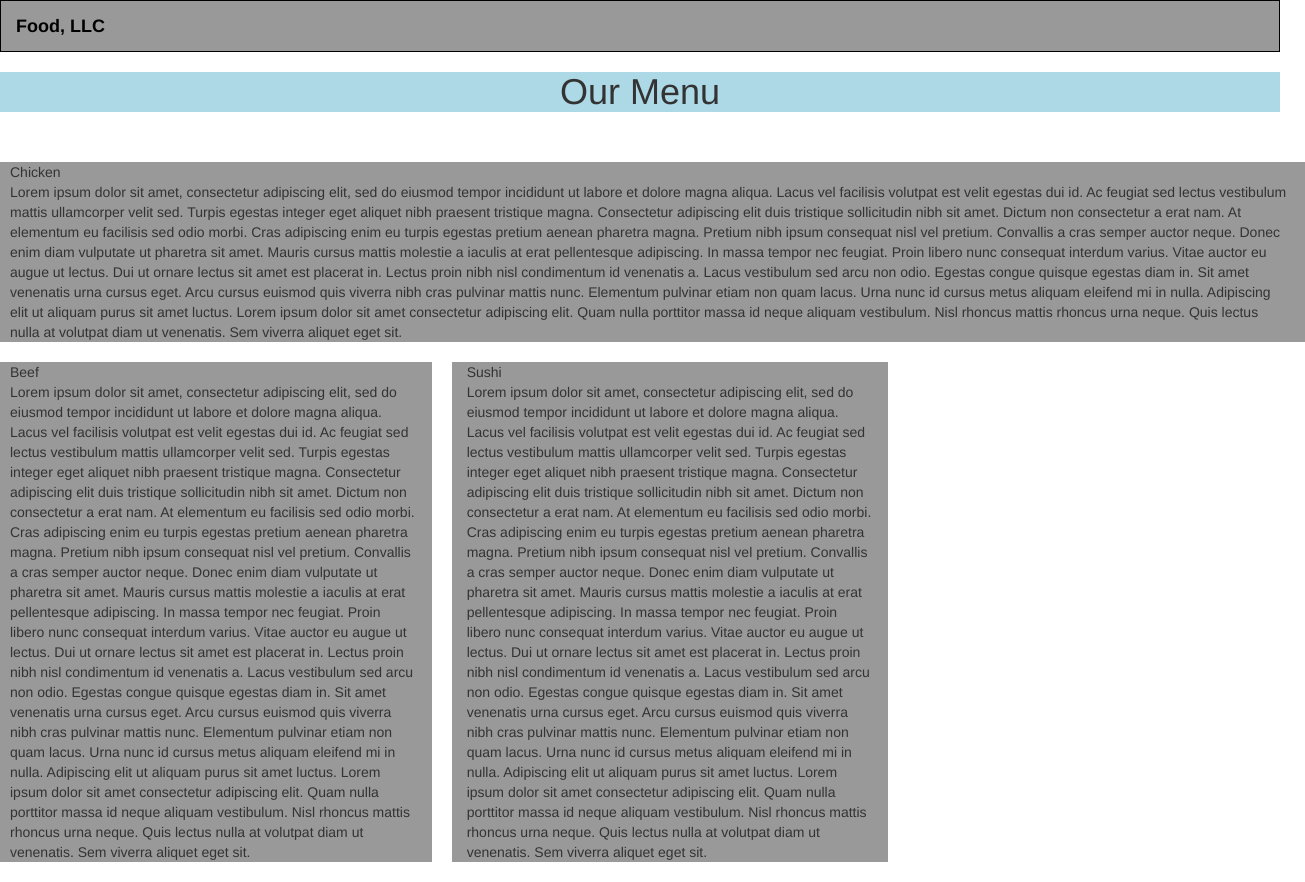
Repository: Cynthia-woo/coursera_frontend_JHU
Page: module3-solution/index.html
These files come from the project's save history. The page is drawn as it stood at one moment and after the next save; the edit follows.
The browser window is 1280 px wide. The page is 1305 px wide, so the pictures cover 1305 px, including what lies to the right of the window. The pictures show the whole page.

Above is the page before, as saved 2024-04-20 02:49:33.

### module3-solution/index.html
<!doctype html>
<html lang="en">
  <head>
    <meta charset="utf-8">
    <meta http-equiv="X-UA-Compatible" content="IE=edge">
    <meta name="viewport" content="width=device-width, initial-scale=1">

    <!-- HTML5 shim and Respond.js for IE8 support of HTML5 elements and media queries -->
    <!-- WARNING: Respond.js doesn't work if you view the page via file:// -->
    <!--[if lt IE 9]>
      <script src="https://oss.maxcdn.com/html5shiv/3.7.2/html5shiv.min.js"></script>
      <script src="https://oss.maxcdn.com/respond/1.4.2/respond.min.js"></script>
    <![endif]-->

    <title>Assignment3-solution</title>
    <link rel="stylesheet" href="css/bootstrap.min.css">
    <link rel="stylesheet" href="css/styles.css">
  </head>
<body>
    <header>
        <nav id="header-nav" class="navbar navbar-default">
          <div class="container-fluid">
            <div class="navbar-header">
              <div class="navbar-brand">
                <a href="index.html"><span>Food, LLC</span></a>
              </div>

              <button type="button" class="navbar-toggle collapsed" data-toggle="collapse" data-target="#collapsable-nav" aria-expanded="false">
                <span class="sr-only">Toggle navigation</span>
                <span class="icon-bar"></span>
                <span class="icon-bar"></span>
                <span class="icon-bar"></span>
              </button>
            </div>


            <div id="collapsable-nav" class="collapse navbar-collapse hidden-lg hidden-md">
               <ul id="nav-list" class="nav navbar-nav navbar-right">
                <li>
                  <a href="menu-categories.html">
                    <br class="hidden-xs">Chicken</a>
                </li>
                <li>
                  <a href="#">
                    </span><br class="hidden-xs">Beef</a>
                </li>
                <li>
                  <a href="#">
                    <br class="hidden-xs">Sushi</a>
                </li>
              </ul><!-- #nav-list -->
            </div><!-- .collapse .navbar-collapse -->
          </div><!-- .container -->
        </nav><!-- #header-nav -->
      </header>

      <h1 id="main_title">Our Menu</h1>

      <section>
        <div id="home-tiles" class="row">
            <div class="col-md-12 col-sm-12 col-xs-12">
                <div class="dish_title">Chicken</div>
                <div class="dish_detail">Lorem ipsum dolor sit amet, consectetur adipiscing elit, sed do eiusmod tempor incididunt ut labore et dolore magna aliqua. Lacus vel facilisis volutpat est velit egestas dui id. Ac feugiat sed lectus vestibulum mattis ullamcorper velit sed. Turpis egestas integer eget aliquet nibh praesent tristique magna. Consectetur adipiscing elit duis tristique sollicitudin nibh sit amet. Dictum non consectetur a erat nam. At elementum eu facilisis sed odio morbi. Cras adipiscing enim eu turpis egestas pretium aenean pharetra magna. Pretium nibh ipsum consequat nisl vel pretium. Convallis a cras semper auctor neque. Donec enim diam vulputate ut pharetra sit amet. Mauris cursus mattis molestie a iaculis at erat pellentesque adipiscing. In massa tempor nec feugiat. Proin libero nunc consequat interdum varius. Vitae auctor eu augue ut lectus.

                    Dui ut ornare lectus sit amet est placerat in. Lectus proin nibh nisl condimentum id venenatis a. Lacus vestibulum sed arcu non odio. Egestas congue quisque egestas diam in. Sit amet venenatis urna cursus eget. Arcu cursus euismod quis viverra nibh cras pulvinar mattis nunc. Elementum pulvinar etiam non quam lacus. Urna nunc id cursus metus aliquam eleifend mi in nulla. Adipiscing elit ut aliquam purus sit amet luctus. Lorem ipsum dolor sit amet consectetur adipiscing elit. Quam nulla porttitor massa id neque aliquam vestibulum. Nisl rhoncus mattis rhoncus urna neque. Quis lectus nulla at volutpat diam ut venenatis. Sem viverra aliquet eget sit.</div>
            </div>
            <div class="col-md-4 col-sm-6 col-xs-12">
                <div class="dish_title">Beef</div>
                <div class="dish_detail">Lorem ipsum dolor sit amet, consectetur adipiscing elit, sed do eiusmod tempor incididunt ut labore et dolore magna aliqua. Lacus vel facilisis volutpat est velit egestas dui id. Ac feugiat sed lectus vestibulum mattis ullamcorper velit sed. Turpis egestas integer eget aliquet nibh praesent tristique magna. Consectetur adipiscing elit duis tristique sollicitudin nibh sit amet. Dictum non consectetur a erat nam. At elementum eu facilisis sed odio morbi. Cras adipiscing enim eu turpis egestas pretium aenean pharetra magna. Pretium nibh ipsum consequat nisl vel pretium. Convallis a cras semper auctor neque. Donec enim diam vulputate ut pharetra sit amet. Mauris cursus mattis molestie a iaculis at erat pellentesque adipiscing. In massa tempor nec feugiat. Proin libero nunc consequat interdum varius. Vitae auctor eu augue ut lectus.

                    Dui ut ornare lectus sit amet est placerat in. Lectus proin nibh nisl condimentum id venenatis a. Lacus vestibulum sed arcu non odio. Egestas congue quisque egestas diam in. Sit amet venenatis urna cursus eget. Arcu cursus euismod quis viverra nibh cras pulvinar mattis nunc. Elementum pulvinar etiam non quam lacus. Urna nunc id cursus metus aliquam eleifend mi in nulla. Adipiscing elit ut aliquam purus sit amet luctus. Lorem ipsum dolor sit amet consectetur adipiscing elit. Quam nulla porttitor massa id neque aliquam vestibulum. Nisl rhoncus mattis rhoncus urna neque. Quis lectus nulla at volutpat diam ut venenatis. Sem viverra aliquet eget sit.</div>
            </div>
            <div class="col-md-4 col-sm-6 col-xs-12">
                <div class="dish_title">Sushi</div>
                <div class="dish_detail">Lorem ipsum dolor sit amet, consectetur adipiscing elit, sed do eiusmod tempor incididunt ut labore et dolore magna aliqua. Lacus vel facilisis volutpat est velit egestas dui id. Ac feugiat sed lectus vestibulum mattis ullamcorper velit sed. Turpis egestas integer eget aliquet nibh praesent tristique magna. Consectetur adipiscing elit duis tristique sollicitudin nibh sit amet. Dictum non consectetur a erat nam. At elementum eu facilisis sed odio morbi. Cras adipiscing enim eu turpis egestas pretium aenean pharetra magna. Pretium nibh ipsum consequat nisl vel pretium. Convallis a cras semper auctor neque. Donec enim diam vulputate ut pharetra sit amet. Mauris cursus mattis molestie a iaculis at erat pellentesque adipiscing. In massa tempor nec feugiat. Proin libero nunc consequat interdum varius. Vitae auctor eu augue ut lectus.

                    Dui ut ornare lectus sit amet est placerat in. Lectus proin nibh nisl condimentum id venenatis a. Lacus vestibulum sed arcu non odio. Egestas congue quisque egestas diam in. Sit amet venenatis urna cursus eget. Arcu cursus euismod quis viverra nibh cras pulvinar mattis nunc. Elementum pulvinar etiam non quam lacus. Urna nunc id cursus metus aliquam eleifend mi in nulla. Adipiscing elit ut aliquam purus sit amet luctus. Lorem ipsum dolor sit amet consectetur adipiscing elit. Quam nulla porttitor massa id neque aliquam vestibulum. Nisl rhoncus mattis rhoncus urna neque. Quis lectus nulla at volutpat diam ut venenatis. Sem viverra aliquet eget sit.</div>
            </div>
      </section>


  <!-- jQuery (Bootstrap JS plugins depend on it) -->
  <script src="js/jquery-1.11.3.min.js"></script>
  <script src="js/bootstrap.min.js"></script>
  <script src="js/script.js"></script>
</body>
</html>

### module3-solution/css/styles.css
* {
    margin: 0;
    padding: 0;
    box-sizing: border-box;
}
.navbar-default{
    background-color: #999;
    border: 1px solid black;
    border-radius: 0;
}

.navbar-brand a{
    color: black;
    font-weight: bold;
}

.navbar-brand a:hover {
    text-decoration: none;
}



#main_title {
    text-align: center;
    background-color: lightblue;
    margin-bottom: 50px;
}

.col-md-12, .col-sm-12, .col-xs-12 {
    margin: 0 10px 20px;
    background-color: #999;
}

Loaded but not shown: module3-solution/css/bootstrap.min.css (library); module3-solution/js/jquery-1.11.3.min.js (library); module3-solution/js/bootstrap.min.js (library); module3-solution/js/script.js (no stored copy; drawn as an empty file)

After the next save:
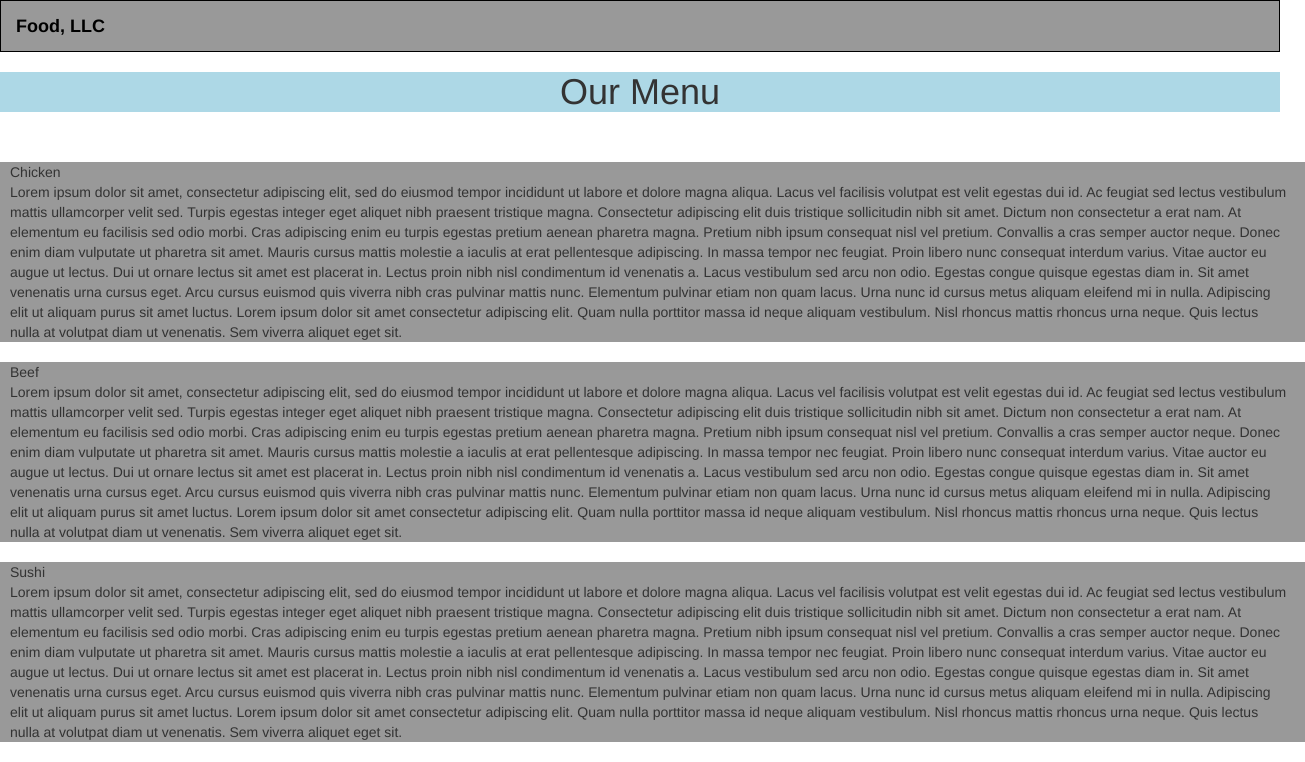
Saved 24 s later.
--- a/module3-solution/index.html
+++ b/module3-solution/index.html
@@ -64,13 +64,13 @@
 
                     Dui ut ornare lectus sit amet est placerat in. Lectus proin nibh nisl condimentum id venenatis a. Lacus vestibulum sed arcu non odio. Egestas congue quisque egestas diam in. Sit amet venenatis urna cursus eget. Arcu cursus euismod quis viverra nibh cras pulvinar mattis nunc. Elementum pulvinar etiam non quam lacus. Urna nunc id cursus metus aliquam eleifend mi in nulla. Adipiscing elit ut aliquam purus sit amet luctus. Lorem ipsum dolor sit amet consectetur adipiscing elit. Quam nulla porttitor massa id neque aliquam vestibulum. Nisl rhoncus mattis rhoncus urna neque. Quis lectus nulla at volutpat diam ut venenatis. Sem viverra aliquet eget sit.</div>
             </div>
-            <div class="col-md-4 col-sm-6 col-xs-12">
+            <div class="col-md-12 col-sm-12 col-xs-12">
                 <div class="dish_title">Beef</div>
                 <div class="dish_detail">Lorem ipsum dolor sit amet, consectetur adipiscing elit, sed do eiusmod tempor incididunt ut labore et dolore magna aliqua. Lacus vel facilisis volutpat est velit egestas dui id. Ac feugiat sed lectus vestibulum mattis ullamcorper velit sed. Turpis egestas integer eget aliquet nibh praesent tristique magna. Consectetur adipiscing elit duis tristique sollicitudin nibh sit amet. Dictum non consectetur a erat nam. At elementum eu facilisis sed odio morbi. Cras adipiscing enim eu turpis egestas pretium aenean pharetra magna. Pretium nibh ipsum consequat nisl vel pretium. Convallis a cras semper auctor neque. Donec enim diam vulputate ut pharetra sit amet. Mauris cursus mattis molestie a iaculis at erat pellentesque adipiscing. In massa tempor nec feugiat. Proin libero nunc consequat interdum varius. Vitae auctor eu augue ut lectus.
 
                     Dui ut ornare lectus sit amet est placerat in. Lectus proin nibh nisl condimentum id venenatis a. Lacus vestibulum sed arcu non odio. Egestas congue quisque egestas diam in. Sit amet venenatis urna cursus eget. Arcu cursus euismod quis viverra nibh cras pulvinar mattis nunc. Elementum pulvinar etiam non quam lacus. Urna nunc id cursus metus aliquam eleifend mi in nulla. Adipiscing elit ut aliquam purus sit amet luctus. Lorem ipsum dolor sit amet consectetur adipiscing elit. Quam nulla porttitor massa id neque aliquam vestibulum. Nisl rhoncus mattis rhoncus urna neque. Quis lectus nulla at volutpat diam ut venenatis. Sem viverra aliquet eget sit.</div>
             </div>
-            <div class="col-md-4 col-sm-6 col-xs-12">
+            <div class="col-md-12 col-sm-12 col-xs-12">
                 <div class="dish_title">Sushi</div>
                 <div class="dish_detail">Lorem ipsum dolor sit amet, consectetur adipiscing elit, sed do eiusmod tempor incididunt ut labore et dolore magna aliqua. Lacus vel facilisis volutpat est velit egestas dui id. Ac feugiat sed lectus vestibulum mattis ullamcorper velit sed. Turpis egestas integer eget aliquet nibh praesent tristique magna. Consectetur adipiscing elit duis tristique sollicitudin nibh sit amet. Dictum non consectetur a erat nam. At elementum eu facilisis sed odio morbi. Cras adipiscing enim eu turpis egestas pretium aenean pharetra magna. Pretium nibh ipsum consequat nisl vel pretium. Convallis a cras semper auctor neque. Donec enim diam vulputate ut pharetra sit amet. Mauris cursus mattis molestie a iaculis at erat pellentesque adipiscing. In massa tempor nec feugiat. Proin libero nunc consequat interdum varius. Vitae auctor eu augue ut lectus.
 
